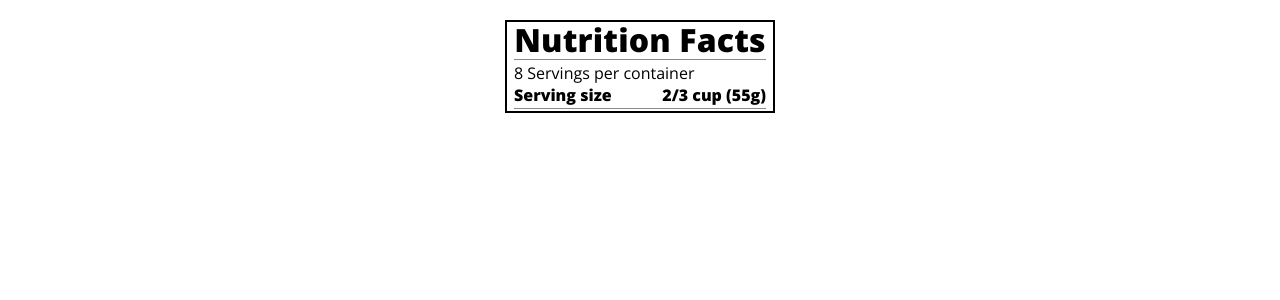
Repository: Lungdjos/typography
Page: index.html
An editor plug-in stored every save of this project. The page is shown before and after the next save, followed by the edit.
The browser window is 1280 px wide. The pictures show the whole page.

Above is the page before, as saved 2023-10-28 01:14:33.

After the next save:
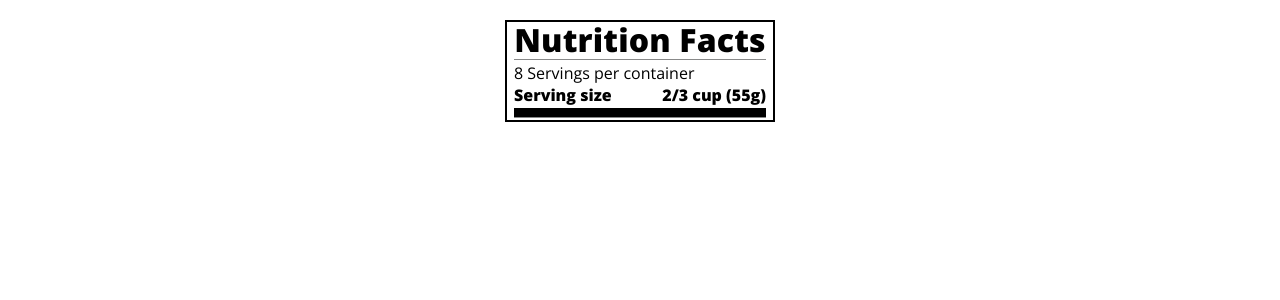
Saved 104 s later.
--- a/styles.css
+++ b/styles.css
@@ -37,3 +37,12 @@ p {
 .bold {
     font-weight: 800;
 }
+
+.large {
+    height: 10px;
+}
+
+.large,
+.medium {
+    background-color: black;
+}
